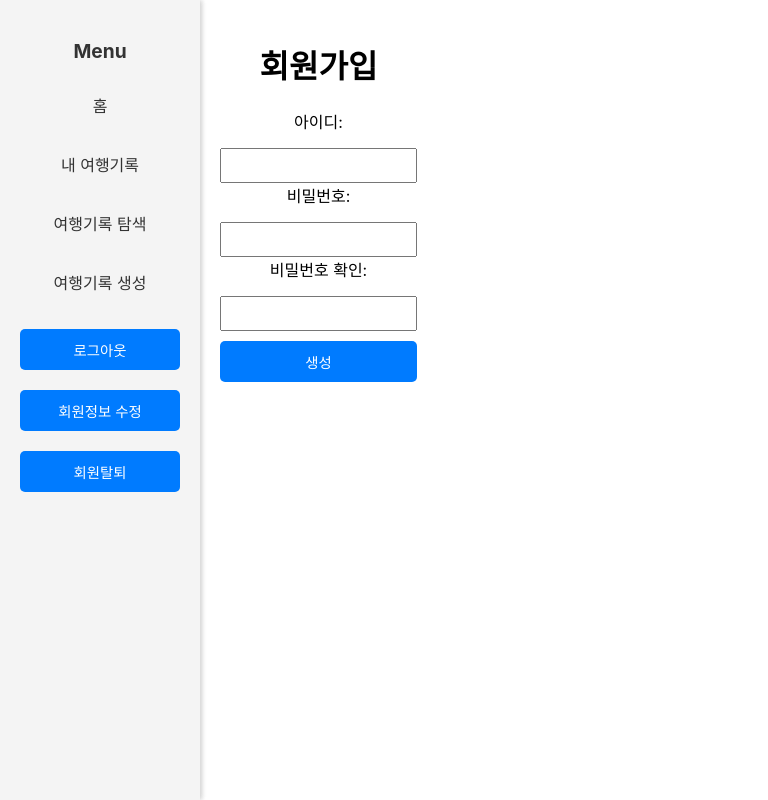
Repository: gimm5550/frontend2
Page: /register
These files come from the project's save history. The page is drawn as it stood at one moment and after the next save; the edit follows.
The browser window is 768 px wide. The pictures show the whole page.
The project was rebuilt for these pictures with package versions that can differ from the ones it lists, and the page was loaded fresh each time. Also part of the build but not shown: src/url.js, src/components/common/KakaoLoginButton.js, src/components/FromServer.js, src/components/common/Footer.js, src/components/common/Header.js, src/components/layout/LandingPageLayout.js, src/components/LoginForm.js, src/components/layout/LoginFormLayout.js and 22 more.

Above is the page before, as saved 2024-11-20 15:22:37.

### public/index.html
<!DOCTYPE html>
<html lang="en">
  <head>
    <meta charset="utf-8" />
    <link rel="icon" href="%PUBLIC_URL%/favicon.ico" />
    <meta name="viewport" content="width=device-width, initial-scale=1" />
    <meta name="theme-color" content="#000000" />
    <meta
      name="description"
      content="Web site created using create-react-app"
    />
    <link rel="apple-touch-icon" href="%PUBLIC_URL%/logo192.png" />
    <!--
      manifest.json provides metadata used when your web app is installed on a
      user's mobile device or desktop. See https://developers.google.com/web/fundamentals/web-app-manifest/
    -->
    <link rel="manifest" href="%PUBLIC_URL%/manifest.json" />
    <!--
      Notice the use of %PUBLIC_URL% in the tags above.
      It will be replaced with the URL of the `public` folder during the build.
      Only files inside the `public` folder can be referenced from the HTML.

      Unlike "/favicon.ico" or "favicon.ico", "%PUBLIC_URL%/favicon.ico" will
      work correctly both with client-side routing and a non-root public URL.
      Learn how to configure a non-root public URL by running `npm run build`.
    -->
    <title>React App</title>
    <script src="https://developers.kakao.com/sdk/js/kakao.min.js"></script> <!-- 카카오 SDK 추가 -->
  </head>
  <body>
    <noscript>You need to enable JavaScript to run this app.</noscript>
    <div id="root"></div>
    <!--
      This HTML file is a template.
      If you open it directly in the browser, you will see an empty page.

      You can add webfonts, meta tags, or analytics to this file.
      The build step will place the bundled scripts into the <body> tag.

      To begin the development, run `npm start` or `yarn start`.
      To create a production bundle, use `npm run build` or `yarn build`.
    -->
  </body>
</html>

### src/index.js
import React from 'react';
import ReactDOM from 'react-dom/client';
import './index.css';
import App from './App';
import reportWebVitals from './reportWebVitals';
import { BrowserRouter } from 'react-router-dom';
// 카카오 SDK 초기화
if (window.Kakao) {
  window.Kakao.init("629a046bf0fa611328bd69bc1571aa3a"); // 카카오 JavaScript 키로 SDK 초기화
  console.log("Kakao SDK initialized:", window.Kakao.isInitialized());
}
const root = ReactDOM.createRoot(document.getElementById('root'));
root.render(
  <React.StrictMode>
    <BrowserRouter>
      <App />
    </BrowserRouter>
  </React.StrictMode>
);

// If you want to start measuring performance in your app, pass a function
// to log results (for example: reportWebVitals(console.log))
// or send to an analytics endpoint. Learn more: https://bit.ly/CRA-vitals
reportWebVitals();

### src/App.js
import React from 'react';
import './App.css';
import { Route, Routes, useLocation } from 'react-router-dom';
import LandingPageLayout from './components/layout/LandingPageLayout';
import routes from './routes';
import { AuthProvider } from './AuthContext'; // AuthProvider import
import MenuBar from "./components/common/MenuBar";

function App() {
  const location = useLocation(); // React Router의 useLocation 훅 사용

  const getRoutes = (allRoutes) =>
    allRoutes.map((route) => {
      if (route.route) {
        return (
          <Route
            exact
            path={route.route}
            element={route.component}
            key={route.key}
          />
        );
      }
      return null;
    });

  return (
    <div className="App">
      <AuthProvider>
        {/* Flexbox 컨테이너 */}
        <div className="layout">

          {/* 오른쪽 본문 */}
          <div className="main-content1">
            <Routes>
              {getRoutes(routes)}
              <Route path="*" element={<LandingPageLayout />} />
            </Routes>
          </div>
        </div>
      </AuthProvider>
    </div>
  );
}

export default App;

### src/App.css
/* App 기본 스타일 */
.App {
  text-align: center;
}

.App-logo {
  height: 40vmin;
  pointer-events: none;
}

@media (prefers-reduced-motion: no-preference) {
  .App-logo {
    animation: App-logo-spin infinite 20s linear;
  }
}

.App-header {
  background-color: #282c34;
  min-height: 100vh;
  display: flex;
  flex-direction: column;
  align-items: center;
  justify-content: center;
  font-size: calc(10px + 2vmin);
  color: white;
}

.App-link {
  color: #61dafb;
}

@keyframes App-logo-spin {
  from {
    transform: rotate(0deg);
  }
  to {
    transform: rotate(360deg);
  }
}

/* Flexbox 레이아웃 설정 */
.layout {
  display: flex; /* 메뉴바와 본문을 가로로 배치 */
  height: 100vh; /* 전체 화면 높이 */
  overflow: hidden; /* 스크롤바 숨김 */
}

/* 메뉴바 스타일: 고정 너비 */
.menu-bar {
  width: 250px; /* 메뉴바 너비 */
  background-color: #f4f4f4; /* 메뉴바 배경색 */
  box-shadow: 2px 0 5px rgba(0, 0, 0, 0.1); /* 그림자 효과 */
  padding: 20px;
  position: fixed; /* 고정 위치 */
  left: 0;
  top: 0;
  bottom: 0;
  z-index: 10; /* 다른 요소 위에 배치 */
  overflow-y: auto; /* 스크롤 활성화 */
}

/* 새로운 본문 스타일: main-content1 */
.main-content1 {
  margin-left: 250px; /* 메뉴바 너비만큼 여백 */
  flex: 1; /* 나머지 공간 차지 */
  overflow-y: auto; /* 세로 스크롤 허용 */
  padding: 20px; /* 내부 여백 */
  background-color: #fff; /* 본문 배경색 */
  display: flex;
  flex-direction: column; /* 콘텐츠를 세로로 배치 */
  align-items: flex-start; /* 콘텐츠를 왼쪽 정렬 */
  justify-content: flex-start; /* 콘텐츠 상단 정렬 */
  box-sizing: border-box; /* 패딩을 포함한 크기 계산 */
}

/* 헤더와 푸터 스타일 */
.main-content1 > Header {
  flex-shrink: 0; /* 헤더 높이 고정 */
}

.main-content1 > Footer {
  flex-shrink: 0; /* 푸터 높이 고정 */
}

.main-content1 > * {
  flex: 1; /* 남은 콘텐츠가 남은 공간을 채우도록 설정 */
}

/* 반응형 디자인 */
@media (max-width: 768px) {
  .menu-bar {
    width: 200px; /* 작은 화면에서는 메뉴바 너비 축소 */
  }

  .main-content1 {
    margin-left: 200px; /* 메뉴바 너비에 맞게 본문 여백 조정 */
  }
}

### src/AuthContext.js
import React, { createContext, useContext, useState } from 'react';

const AuthContext = createContext();

export const AuthProvider = ({ children }) => {
    const [user, setUser] = useState(null); // 로그인한 사용자 정보를 저장할 상태

    const login = (userData) => {
        setUser(userData); // 로그인 시 사용자 정보 저장
    };

    const logout = () => {
        setUser(null); // 로그아웃 시 사용자 정보 초기화
    };

    return (
        <AuthContext.Provider value={{ user, login, logout }}>
            {children}
        </AuthContext.Provider>
    );
};

// 사용자 정보를 가져오는 커스텀 훅
export const useAuth = () => {
    return useContext(AuthContext);
};

### src/components/common/MenuBar.js
import React, { useState, useEffect } from "react";
import { Link } from "react-router-dom";
import "./MenuBar.css";
import { useNavigate } from "react-router-dom";
import api from "../../api";

const MenuBar = () => {
  const [isMenuOpen, setIsMenuOpen] = useState(true);
  const [user, setUser] = useState(null);
  const navigate = useNavigate();

  const handleLogout = () => {
    console.log("로그아웃 처리");
    localStorage.removeItem("user");
    navigate("/login");
  };

  useEffect(() => {
    const userData = JSON.parse(localStorage.getItem("user"));
    setUser(userData);
  }, []);

  const handleEditProfile = () => {
    console.log("회원정보 수정 페이지로 이동");
    navigate("/edit_info");
  };

  const handleDelete = () => {
    if (window.confirm("정말로 회원탈퇴를 하시겠습니까?")) {
      console.log("회원탈퇴 진행 중...");
      api
        .deleteUser(user.id)
        .then((response) => {
          console.log("회원탈퇴 성공:", response.data);
          alert("회원탈퇴가 완료되었습니다.");
          localStorage.removeItem("user");
          navigate("/login");
        })
        .catch((error) => {
          console.error("회원탈퇴 실패:", error);
          alert("회원탈퇴 처리 중 오류가 발생했습니다.");
        });
    }
  };

  return (
    <>
      {isMenuOpen && (
        <div className="menu-bar">
          <h3 className="menu-title">Menu</h3>
          <ul className="menu-list">
            <li className="menu-item">
              <Link to="/mainlist">홈</Link>
            </li>
            <li className="menu-item">
              <Link to="/MyTravel">내 여행기록</Link>
            </li>
            <li className="menu-item">
              <Link to="/Travel">여행기록 탐색</Link>
            </li>
            <li className="menu-item">
              <Link to="/GoogleMap">여행기록 생성</Link>
            </li>
          </ul>
          <button onClick={handleLogout}>로그아웃</button>
          <button onClick={handleEditProfile}>회원정보 수정</button>
          <button onClick={handleDelete}>회원탈퇴</button>
        </div>
      )}
    </>
  );
};

export default MenuBar;

### src/components/layout/CommonLayout.js
import Footer from "../common/Footer";
import Header from "../common/Header";
import MenuBar from "../common/MenuBar"; // MenuBar 컴포넌트 추가
// <MenuBar />
export default function CommonLayout({ children }) {
  return (
    <div className="common-layout">
      <div className="menu-bar">
        <MenuBar />
      </div>
      <div className="main-content2">
        {children}
      </div>
    </div>
  );
}

### src/components/layout/RegisterFormLayout.js
import RegisterForm from "../RegisterForm";
import CommonLayout from "./CommonLayout";

export default function RegisterFormLayout(){
    return<div>
            <CommonLayout>
                <RegisterForm></RegisterForm>
            </CommonLayout>
        </div>

}

### src/components/common/MenuBar.css
/* 전체 메뉴바 컨테이너 스타일 */
.menu-bar {
    width: 250px; /* 메뉴바 고정 너비 */
    height: 100vh; /* 화면 전체 높이 */
    background-color: #f4f4f4; /* 메뉴바 배경색 */
    box-shadow: 2px 0 5px rgba(0, 0, 0, 0.1); /* 메뉴바 그림자 */
    position: fixed; /* 왼쪽에 고정 */
    top: 0; /* 상단부터 시작 */
    left: 0; /* 왼쪽에 위치 */
    display: flex;
    flex-direction: column; /* 콘텐츠를 세로로 배치 */
    align-items: center; /* 가운데 정렬 */
    padding: 20px; /* 내부 여백 */
    box-sizing: border-box; /* 패딩을 포함한 크기 계산 */
  }

  /* 메뉴 제목 스타일 */
  .menu-title {
    font-size: 1.5rem;
    font-weight: bold;
    margin-bottom: 20px;
    color: #333;
  }

  /* 메뉴 리스트 스타일 */
  .menu-list {
    list-style: none; /* 기본 리스트 스타일 제거 */
    padding: 0;
    margin: 0;
    width: 100%; /* 전체 너비 사용 */
  }

  /* 메뉴 아이템 스타일 */
  .menu-item {
    margin-bottom: 15px; /* 각 메뉴 간격 */
  }

  .menu-item a {
    text-decoration: none; /* 링크 밑줄 제거 */
    color: #333; /* 텍스트 색상 */
    font-size: 1rem;
    display: block; /* 링크를 블록 요소로 변경 */
    padding: 10px 15px; /* 내부 여백 */
    border-radius: 5px; /* 모서리 둥글게 */
    transition: background-color 0.3s ease; /* 배경색 전환 효과 */
  }

  .menu-item a:hover {
    background-color: #ddd; /* 호버 시 배경색 변경 */
    color: #000; /* 호버 시 텍스트 색상 변경 */
  }

  /* 버튼 스타일 */
  button {
    width: 100%; /* 버튼이 메뉴바 전체 너비를 사용 */
    margin: 10px 0; /* 버튼 간격 */
    padding: 10px 15px; /* 내부 여백 */
    font-size: 1rem;
    color: #fff; /* 텍스트 색상 */
    background-color: #007bff; /* 기본 배경색 (파란색) */
    border: none; /* 테두리 제거 */
    border-radius: 5px; /* 모서리 둥글게 */
    cursor: pointer; /* 마우스 포인터 변경 */
    transition: background-color 0.3s ease; /* 배경색 전환 효과 */
  }

  button:hover {
    background-color: #0056b3; /* 호버 시 배경색 어둡게 */
  }

  /* 반응형 디자인 */
  @media (max-width: 768px) {
    .menu-bar {
      width: 200px; /* 화면이 좁을 경우 메뉴바 너비 축소 */
    }

    .menu-title {
      font-size: 1.2rem; /* 제목 크기 축소 */
    }

    button {
      font-size: 0.9rem; /* 버튼 텍스트 크기 축소 */
    }
  }

### src/components/RegisterForm.js
import React, { useState } from "react";
import { useParams, useNavigate } from "react-router-dom";
import api from '../api'; // API 호출을 위한 모듈
import AsyncStorage from "@react-native-async-storage/async-storage";

export default function RegisterForm() {
    const [username, setUsername] = useState("");
    const [password, setPassword] = useState("");
    const [confirmPassword, setConfirmPassword] = useState("");
    const navigate = useNavigate();

    const handleRegister = async () => {
        // 비밀번호 확인
        if (password !== confirmPassword) {
            alert("비밀번호가 일치하지 않습니다."); // 비밀번호 불일치 알림
            return;
        }

        try {
            // AsyncStorage에 아이디와 비밀번호 저장
            await AsyncStorage.setItem('username', username);
            await AsyncStorage.setItem('password', password);

            // API 호출하여 사용자 등록
            const response = await api.register(username, password);
            const { code, message, data } = response.data;

            if (code === 0) {
                alert("회원가입이 완료되었습니다."); // 회원가입 성공 알림
                navigate('/login'); // 로그인 페이지로 이동
            } else {
                alert("회원가입 중 오류가 발생했습니다: " + message); // 오류 알림
            }
        } catch (error) {
            console.error("회원가입 중 오류 발생:", error);
            alert("회원가입에 실패했습니다."); // 오류 발생 알림
        }
    };

    return (
        <div>
            <h1>회원가입</h1>
            <div>
                <label htmlFor="username">아이디:</label>
                <input
                    type="text"
                    id="username"
                    value={username}
                    onChange={(e) => setUsername(e.target.value)}
                />
            </div>
            <div>
                <label htmlFor="password">비밀번호:</label>
                <input
                    type="password"
                    id="password"
                    value={password}
                    onChange={(e) => setPassword(e.target.value)}
                />
            </div>
            <div>
                <label htmlFor="confirmPassword">비밀번호 확인:</label>
                <input
                    type="password"
                    id="confirmPassword"
                    value={confirmPassword}
                    onChange={(e) => setConfirmPassword(e.target.value)}
                />
            </div>
            <button onClick={handleRegister}>생성</button>
        </div>
    );
}

### src/MainList.css
table {
    width: 100%;
    border-collapse: collapse; /* 경계선 겹치지 않도록 설정 */
}

th, td {
    border: 1px solid #ccc; /* 테두리 색상 */
    padding: 10px; /* 여백 */
    text-align: left; /* 왼쪽 정렬 */
}

th {
    background-color: #f4f4f4; /* 헤더 배경색 */
}

tr:hover {
    background-color: #f1f1f1; /* 마우스 오버 시 배경색 */
}
.popup-overlay {
    position: fixed;
    top: 0;
    left: 0;
    right: 0;
    bottom: 0;
    background: rgba(0, 0, 0, 0.5); /* 반투명 배경 */
    display: flex;
    justify-content: center;
    align-items: center;
    z-index: 1000; /* 다른 요소들 위에 위치하게 */
}

.popup {
    background: white;
    padding: 20px;
    border-radius: 5px;
    box-shadow: 0 2px 10px rgba(0, 0, 0, 0.1);
}

label {
    display: block;
    margin-bottom: 10px;
}

input {
    width: 100%;
    padding: 8px;
    margin-top: 5px;
    box-sizing: border-box; /* padding 포함해서 사이즈 조정 */
}
/* MainList.css */

/* 전체 컨테이너 스타일 */
.community-view {
    max-width: 800px; /* 최대 너비 */
    margin: 20px auto; /* 중앙 정렬 */
    padding: 20px; /* 안쪽 여백 */
    border: 1px solid #e0e0e0; /* 테두리 */
    border-radius: 8px; /* 모서리 둥글게 */
    background-color: #ffffff; /* 배경색 */
    box-shadow: 0 2px 10px rgba(0, 0, 0, 0.1); /* 그림자 */
}

/* 제목 스타일 */
.community-view h1 {
    font-size: 2rem; /* 큰 제목 크기 */
    color: #333; /* 제목 색상 */
    margin-bottom: 15px; /* 아래 여백 */
}

/* 부제목 스타일 */
.community-view h2 {
    font-size: 1.5rem; /* 부제목 크기 */
    color: #555; /* 부제목 색상 */
    margin: 10px 0; /* 위아래 여백 */
}

/* 본문 스타일 */
.community-view p {
    font-size: 1rem; /* 본문 크기 */
    color: #666; /* 본문 색상 */
    line-height: 1.5; /* 줄 간격 */
    margin-bottom: 20px; /* 아래 여백 */
}

/* 댓글 목록 스타일 */
.community-view ul {
    list-style-type: none; /* 기본 목록 스타일 제거 */
    padding: 0; /* 기본 여백 제거 */
}

.community-view li {
    background-color: #f9f9f9; /* 댓글 배경 색상 */
    border: 1px solid #e0e0e0; /* 댓글 테두리 */
    border-radius: 5px; /* 댓글 모서리 둥글게 */
    padding: 10px; /* 댓글 안쪽 여백 */
    margin-bottom: 10px; /* 댓글 사이 여백 */
}

/* 댓글 작성 입력창 스타일 */
.community-view input[type="text"] {
    width: 100%; /* 너비 100% */
    padding: 10px; /* 안쪽 여백 */
    border: 1px solid #ccc; /* 테두리 */
    border-radius: 5px; /* 모서리 둥글게 */
    margin-bottom: 10px; /* 아래 여백 */
}

/* 댓글 추가 버튼 스타일 */
.community-view button {
    padding: 10px 15px; /* 안쪽 여백 */
    background-color: #4CAF50; /* 버튼 배경 색상 */
    color: white; /* 글자 색상 */
    border: none; /* 테두리 없음 */
    border-radius: 5px; /* 모서리 둥글게 */
    cursor: pointer; /* 마우스 커서 */
    transition: background-color 0.3s; /* 배경 색상 변화 효과 */
}

.community-view button:hover {
    background-color: #45a049; /* 호버 시 색상 변화 */
}

/* 오류 메시지 스타일 */
.error-message {
    color: red; /* 오류 메시지 색상 */
    font-weight: bold; /* 굵게 */
    margin-bottom: 15px; /* 아래 여백 */
}

/* MainList.css */

/* 전체 컨테이너 스타일 */
.admin-client-container {
    display: flex;
    justify-content: space-between;
    padding: 20px;
}

/* 각 목록 박스 스타일 */
.client-box {
    flex: 1;
    margin: 0 10px; /* 좌우 여백 */
    border: 1px solid #ccc;
    border-radius: 8px;
    padding: 15px;
    background-color: #f9f9f9; /* 연한 배경색 */
    box-shadow: 0 2px 4px rgba(0, 0, 0, 0.1); /* 그림자 효과 */
}

/* 제목 스타일 */
.client-box h2 {
    text-align: center;
    color: #333; /* 제목 색상 */
}

/* 목록 아이템 스타일 */
.client-item {
    display: flex;
    justify-content: space-between;
    align-items: center;
    padding: 8px 0; /* 위아래 여백 */
    border-bottom: 1px solid #eee; /* 구분선 */
}

/* 마지막 아이템 구분선 제거 */
.client-item:last-child {
    border-bottom: none;
}

/* 버튼 스타일 */
.client-item button {
    background-color: #007bff; /* 버튼 색상 */
    color: white;
    border: none;
    border-radius: 5px;
    padding: 5px 10px;
    cursor: pointer;
    transition: background-color 0.3s; /* 색상 변화 효과 */
}

.client-item button:hover {
    background-color: #0056b3; /* 호버 시 색상 변화 */
}

/* 오류 메시지 스타일 */
.error-message {
    color: red; /* 오류 메시지 색상 */
    text-align: center; /* 가운데 정렬 */
    margin-bottom: 10px; /* 아래쪽 여백 */
}

Loaded but not shown: src/index.css (common file); src/reportWebVitals.js (common file); src/api.js (245 lines, source omitted); src/routes.js (118 lines, source omitted)

After the next save:
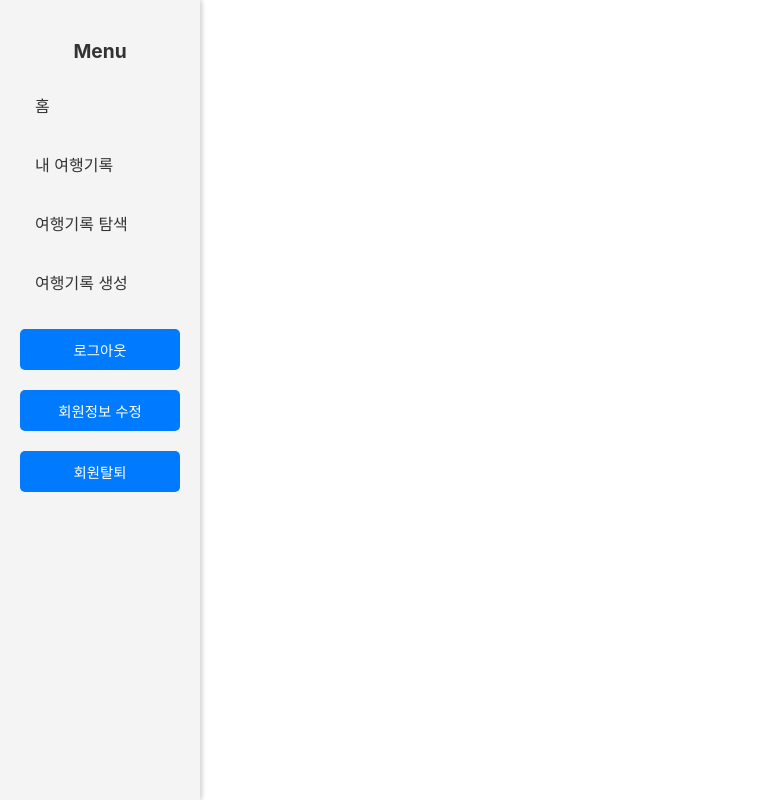
Saved 78 s later.
--- a/src/App.css
+++ b/src/App.css
@@ -1,71 +1,31 @@
-/* App 기본 스타일 */
-.App {
-  text-align: center;
-}
-
-.App-logo {
-  height: 40vmin;
-  pointer-events: none;
-}
-
-@media (prefers-reduced-motion: no-preference) {
-  .App-logo {
-    animation: App-logo-spin infinite 20s linear;
-  }
-}
-
-.App-header {
-  background-color: #282c34;
-  min-height: 100vh;
-  display: flex;
-  flex-direction: column;
-  align-items: center;
-  justify-content: center;
-  font-size: calc(10px + 2vmin);
-  color: white;
-}
-
-.App-link {
-  color: #61dafb;
-}
-
-@keyframes App-logo-spin {
-  from {
-    transform: rotate(0deg);
-  }
-  to {
-    transform: rotate(360deg);
-  }
-}
-
-/* Flexbox 레이아웃 설정 */
+/* 전체 Flexbox 레이아웃 */
 .layout {
   display: flex; /* 메뉴바와 본문을 가로로 배치 */
   height: 100vh; /* 전체 화면 높이 */
   overflow: hidden; /* 스크롤바 숨김 */
 }
 
-/* 메뉴바 스타일: 고정 너비 */
+/* 메뉴바 스타일 */
 .menu-bar {
   width: 250px; /* 메뉴바 너비 */
   background-color: #f4f4f4; /* 메뉴바 배경색 */
   box-shadow: 2px 0 5px rgba(0, 0, 0, 0.1); /* 그림자 효과 */
-  padding: 20px;
+  padding: 20px; /* 내부 여백 */
   position: fixed; /* 고정 위치 */
   left: 0;
   top: 0;
   bottom: 0;
   z-index: 10; /* 다른 요소 위에 배치 */
-  overflow-y: auto; /* 스크롤 활성화 */
+  overflow-y: auto; /* 스크롤 가능 */
 }
 
-/* 새로운 본문 스타일: main-content1 */
+/* 본문 영역 스타일 */
 .main-content1 {
-  margin-left: 250px; /* 메뉴바 너비만큼 여백 */
-  flex: 1; /* 나머지 공간 차지 */
+  margin-left: 250px; /* 메뉴바 너비만큼 왼쪽 여백 */
+  flex: 1; /* 남은 공간을 유동적으로 채움 */
   overflow-y: auto; /* 세로 스크롤 허용 */
-  padding: 20px; /* 내부 여백 */
-  background-color: #fff; /* 본문 배경색 */
+  padding: 0; /* 내부 여백 제거 */
+  background-color: #ffffff; /* 본문 배경색 */
   display: flex;
   flex-direction: column; /* 콘텐츠를 세로로 배치 */
   align-items: flex-start; /* 콘텐츠를 왼쪽 정렬 */
@@ -73,26 +33,9 @@
   box-sizing: border-box; /* 패딩을 포함한 크기 계산 */
 }
 
-/* 헤더와 푸터 스타일 */
-.main-content1 > Header {
-  flex-shrink: 0; /* 헤더 높이 고정 */
+/* 여백 제거 */
+.main-content1, .layout {
+  margin: 0; /* 외부 여백 제거 */
+  padding: 0; /* 내부 여백 제거 */
+  width: 100%; /* 전체 너비 사용 */
 }
-
-.main-content1 > Footer {
-  flex-shrink: 0; /* 푸터 높이 고정 */
-}
-
-.main-content1 > * {
-  flex: 1; /* 남은 콘텐츠가 남은 공간을 채우도록 설정 */
-}
-
-/* 반응형 디자인 */
-@media (max-width: 768px) {
-  .menu-bar {
-    width: 200px; /* 작은 화면에서는 메뉴바 너비 축소 */
-  }
-
-  .main-content1 {
-    margin-left: 200px; /* 메뉴바 너비에 맞게 본문 여백 조정 */
-  }
-}

After the save that followed:
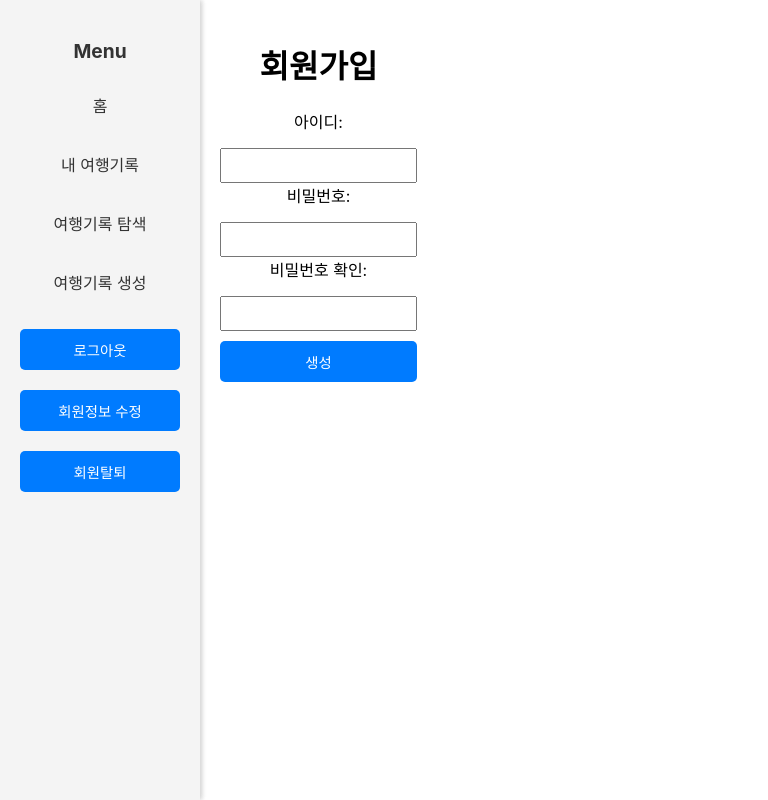
Saved 15 s later.
--- a/src/App.css
+++ b/src/App.css
@@ -1,31 +1,71 @@
-/* 전체 Flexbox 레이아웃 */
+/* App 기본 스타일 */
+.App {
+  text-align: center;
+}
+
+.App-logo {
+  height: 40vmin;
+  pointer-events: none;
+}
+
+@media (prefers-reduced-motion: no-preference) {
+  .App-logo {
+    animation: App-logo-spin infinite 20s linear;
+  }
+}
+
+.App-header {
+  background-color: #282c34;
+  min-height: 100vh;
+  display: flex;
+  flex-direction: column;
+  align-items: center;
+  justify-content: center;
+  font-size: calc(10px + 2vmin);
+  color: white;
+}
+
+.App-link {
+  color: #61dafb;
+}
+
+@keyframes App-logo-spin {
+  from {
+    transform: rotate(0deg);
+  }
+  to {
+    transform: rotate(360deg);
+  }
+}
+
+/* Flexbox 레이아웃 설정 */
 .layout {
   display: flex; /* 메뉴바와 본문을 가로로 배치 */
   height: 100vh; /* 전체 화면 높이 */
   overflow: hidden; /* 스크롤바 숨김 */
 }
 
-/* 메뉴바 스타일 */
+/* 메뉴바 스타일: 고정 너비 */
 .menu-bar {
   width: 250px; /* 메뉴바 너비 */
   background-color: #f4f4f4; /* 메뉴바 배경색 */
   box-shadow: 2px 0 5px rgba(0, 0, 0, 0.1); /* 그림자 효과 */
-  padding: 20px; /* 내부 여백 */
+  padding: 20px;
   position: fixed; /* 고정 위치 */
   left: 0;
   top: 0;
   bottom: 0;
   z-index: 10; /* 다른 요소 위에 배치 */
-  overflow-y: auto; /* 스크롤 가능 */
+  overflow-y: auto; /* 스크롤 활성화 */
 }
 
-/* 본문 영역 스타일 */
+/* 새로운 본문 스타일: main-content1 */
 .main-content1 {
-  margin-left: 250px; /* 메뉴바 너비만큼 왼쪽 여백 */
-  flex: 1; /* 남은 공간을 유동적으로 채움 */
+  margin-left: 250px; /* 메뉴바 너비만큼 여백 */
+  flex: 1; /* 나머지 공간 차지 */
   overflow-y: auto; /* 세로 스크롤 허용 */
-  padding: 0; /* 내부 여백 제거 */
-  background-color: #ffffff; /* 본문 배경색 */
+  padding: 20px; /* 내부 여백 */
+  background-color: #fff; /* 본문 배경색 */
   display: flex;
   flex-direction: column; /* 콘텐츠를 세로로 배치 */
   align-items: flex-start; /* 콘텐츠를 왼쪽 정렬 */
@@ -33,9 +73,26 @@
   box-sizing: border-box; /* 패딩을 포함한 크기 계산 */
 }
 
-/* 여백 제거 */
-.main-content1, .layout {
-  margin: 0; /* 외부 여백 제거 */
-  padding: 0; /* 내부 여백 제거 */
-  width: 100%; /* 전체 너비 사용 */
+/* 헤더와 푸터 스타일 */
+.main-content1 > Header {
+  flex-shrink: 0; /* 헤더 높이 고정 */
 }
+
+.main-content1 > Footer {
+  flex-shrink: 0; /* 푸터 높이 고정 */
+}
+
+.main-content1 > * {
+  flex: 1; /* 남은 콘텐츠가 남은 공간을 채우도록 설정 */
+}
+
+/* 반응형 디자인 */
+@media (max-width: 768px) {
+  .menu-bar {
+    width: 200px; /* 작은 화면에서는 메뉴바 너비 축소 */
+  }
+
+  .main-content1 {
+    margin-left: 200px; /* 메뉴바 너비에 맞게 본문 여백 조정 */
+  }
+}
